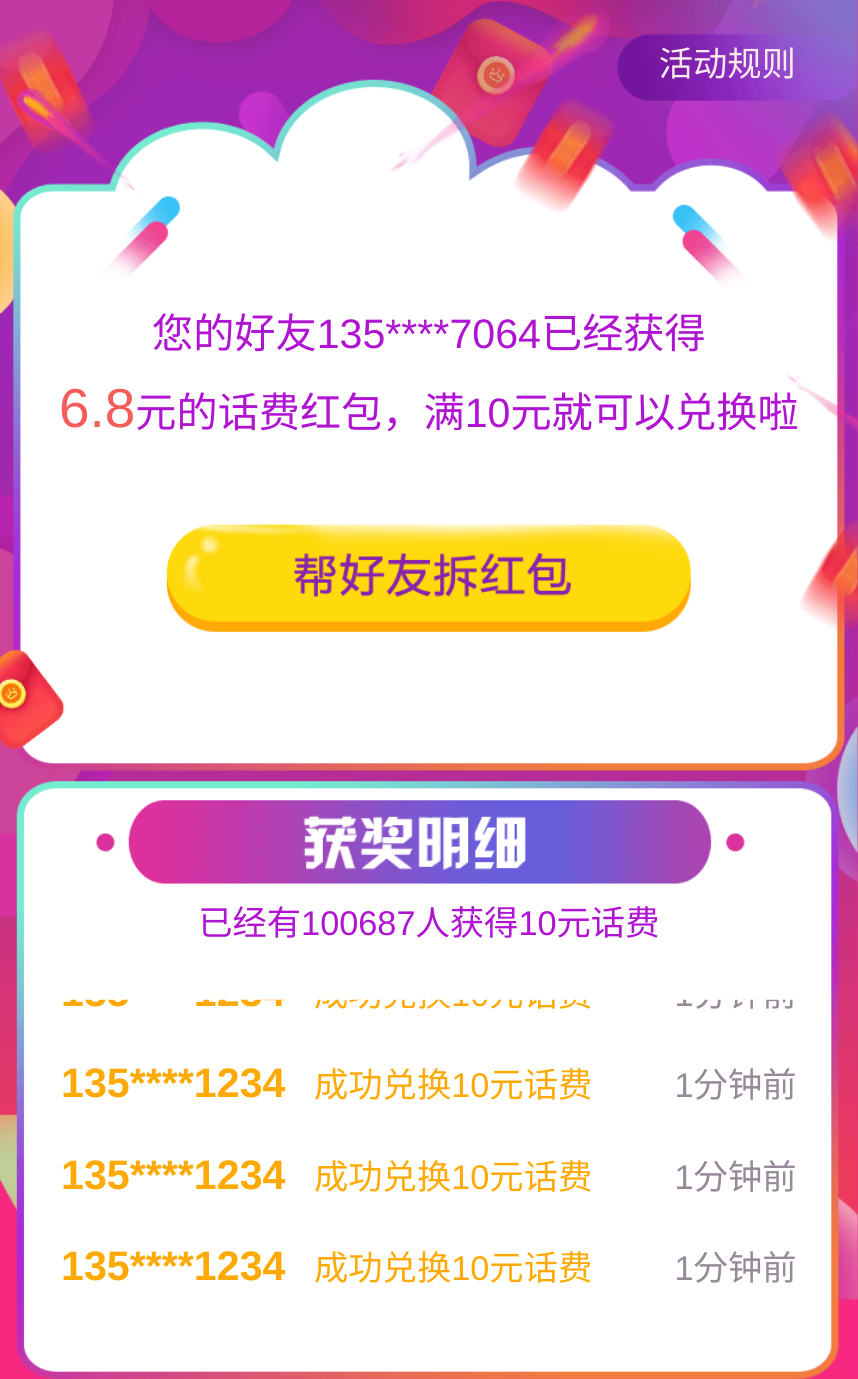
Repository: wangbiaozy/hb
Page: index_hjmx.html
These files come from the project's save history. The page is drawn as it stood at one moment and after the next save; the edit follows.
The browser window is 1280 px wide. The pictures show the whole page, at 67% of full size.

Above is the page before, as saved 2018-08-17 09:27:23.

### index_hjmx.html
<!DOCTYPE html>
<html lang="en">
<head>
    <meta charset="UTF-8">
    <meta name="viewport" content="width=device-width, initial-scale=1.0, maximum-scale=1.0, minimum-scale=1.0, user-scalable=no">
    <meta http-equiv="X-UA-Compatible" content="ie=edge">
    <title>Document</title>
    <link rel="stylesheet" href="css/reset.min.css">
    <link rel="stylesheet/less" href="css/styles_1.less">
    <script src="js/less-1.7.0.min.js"></script>
</head>
<body>
    <section class="main">
        <a id="rule_btn" href="javascript:void(0)">活动规则</a>
        <!-- 获奖明细页 -->
        <div class="detail">
            <p>您的好友<span>135****7064</span>已经获得<br><i>6.8</i>元的话费红包，满10元就可以兑换啦</p>
            <a href="javascript:void(0)"></a>
            <p>已经有<span>100687</span>人获得10元话费</p>
            <div class="activity" id="J_Activity">
                <ul>
                    <li>
                        <h3>135****1234</h3>
                        <p>成功兑换10元话费</p>
                        <span>1分钟前</span>
                    </li>
                    <li>
                        <h3>135****1234</h3>
                        <p>成功兑换10元话费</p>
                        <span>1分钟前</span>
                    </li>
                    <li>
                        <h3>135****1234</h3>
                        <p>成功兑换10元话费</p>
                        <span>1分钟前</span>
                    </li>
                    <li>
                        <h3>135****1234</h3>
                        <p>成功兑换10元话费</p>
                        <span>1分钟前</span>
                    </li>
                </ul>
            </div>
        </div>
    </section>

    <!-- 活动规则弹窗 -->
    <section class="rule">
        <a href="javascript:void(0)"></a>
        <ul>
            <li>1.活动期间，用户通过10086App开屏页，首页轮播图进入活动，领取10元的话费红包。自己可拆开随机金，剩余金额需分享并邀请好友帮忙拆开，每位可帮忙拆开随机金额，全部拆完即可兑换话费。</li>
            <li>2.邀请拆  红包的好友需为新注册10086App的用户，好友在活动页面输入邀请人的邀请码才能成功帮好友拆开红包，好友帮助拆开红包后同时可获得一个话费红包。</li>
            <li>3.用户需在当前红包全部拆完后，才可开启下一个红包。</li>
            <li>4.活动期间一经发现违规等恶意操作等作弊行为将取消获奖资格。</li>
            <li>5.活动期间，用户需持续下载并的登陆110086App，否则话费奖品无法发放。</li>
        </ul>
        <a href="javascript:void(0)"></a>
    </section>
    <!-- 遮罩层 -->
    <section class="mask" id="mask"></section>
</body>
</html>
<script src="js/jquery-1.10.1.min.js"></script>
<script src="js/index.js"></script>

### css/reset.min.css
@charset "utf-8";
/*默认样式清除和初始化*/
body,h1,h2,h3,h4,h5,h6,hr,p,blockquote,dl,dt,dd,ul,ol,li,button,input,textarea,th,td{margin:0;padding:0}body{font-size:12px;font-style:normal;font-family:"\5FAE\8F6F\96C5\9ED1",Helvetica,sans-serif}small{font-size:12px}h1{font-size:18px}h2{font-size:16px}h3{font-size:14px}h4,h5,h6{font-size:100%}ul,ol{list-style:none}a{text-decoration:none;background-color:transparent}a:hover,a:active{outline-width:0;text-decoration:none}table{border-collapse:collapse;border-spacing:0}hr{border:0;height:1px}img{border-style:none}img:not([src]){display:none}svg:not(:root){overflow:hidden}html{-webkit-touch-callout:none;-webkit-text-size-adjust:100%}input,textarea,button,a{-webkit-tap-highlight-color:rgba(0,0,0,0)}article,aside,details,figcaption,figure,footer,header,main,menu,nav,section,summary{display:block}audio,canvas,progress,video{display:inline-block}audio:not([controls]),video:not([controls]){display:none;height:0}progress{vertical-align:baseline}mark{background-color:#ff0;color:#000}sub,sup{position:relative;font-size:75%;line-height:0;vertical-align:baseline}sub{bottom:-0.25em}sup{top:-0.5em}button,input,select,textarea{font-size:100%;outline:0}button,input{overflow:visible}button,select{text-transform:none}textarea{overflow:auto}button,html [type="button"],[type="reset"],[type="submit"]{-webkit-appearance:button}button::-moz-focus-inner,[type="button"]::-moz-focus-inner,[type="reset"]::-moz-focus-inner,[type="submit"]::-moz-focus-inner{border-style:none;padding:0}button:-moz-focusring,[type="button"]:-moz-focusring,[type="reset"]:-moz-focusring,[type="submit"]:-moz-focusring{outline:1px dotted ButtonText}[type="checkbox"],[type="radio"]{box-sizing:border-box;padding:0}[type="number"]::-webkit-inner-spin-button,[type="number"]::-webkit-outer-spin-button{height:auto}[type="search"]{-webkit-appearance:textfield;outline-offset:-2px}[type="search"]::-webkit-search-cancel-button,[type="search"]::-webkit-search-decoration{-webkit-appearance:none}::-webkit-input-placeholder{color:inherit;opacity:.54}::-webkit-file-upload-button{-webkit-appearance:button;font:inherit}.clear:after{display:block;height:0;content:"";clear:both}
*{ -webkit-tap-highlight-color: rgba(0,0,0,0);-webkit-tap-highlight-color: transparent; /* For some Androids */ }

### js/index.js
(function (doc, win) {
    var docEl = doc.documentElement,
        resizeEvt = 'orientationchange' in window ? 'orientationchange' : 'resize',
        recalc = function () {
            var clientWidth = docEl.clientWidth;
            if (!clientWidth) return;
            docEl.style.fontSize = 100 * (clientWidth / 750) + 'px';
        };
    if (!doc.addEventListener) return;
    win.addEventListener(resizeEvt, recalc, false);
    doc.addEventListener('DOMContentLoaded', recalc, false);
})(document, window);
$(function () {

    //显示非中奖页背景
    function showFirstPageBg(){
        $('.main').removeClass('result');
    }
    //显示中奖页背景
    function showResultPageBg(){
        $('.main').addClass('result');
    }
    //显示活动规则弹窗
    $('#rule_btn').on('click',function(){
        $('.rule').show();
        showMask();
    });
    //关闭活动规则弹窗
    function hideRuleModel(){
        $('.rule').hide();
        hideMask();
    }
    $('.rule').on('click','a',function(){
        hideRuleModel();
    });
    //首页赚钱攻略按钮
    $('#gl_btn').on('click',function(){
        $('.gl').show();
        showMask();
    })
    //首页抽红包按钮
    $('#cj').on('click',function(){
        //奖品金额随机数
        var num = (Math.random()*9+1).toFixed(2);
        $('#moneyText').text(num);
        $('.result').show();
        $('.f_page').hide();
        showResultPageBg();
    });

    //获奖页获奖名单滚动
    var listPanel = $('#J_Activity ul');
    var z = 0;
    function up() {
        listPanel.animate({
            'top': (z - .8) + 'rem'
        }, 1500, 'linear', function () {
            listPanel.css({'top': '0px'}).find("li:first").appendTo(listPanel);
            up();
        });
    }
    up();

    //显示弹窗
    function showModel(){
        $('.model').show();
        showMask();
    }

    //关闭弹窗
    $('.close').on('click',function(){
        $(this).parent().parent().hide();
        hideMask();
    });
    //显示遮罩层
    function showMask(){
        $("#mask").css("height",$(document).height());
        $("#mask").css("width",$(document).width());
        $("#mask").show();
        $('body').css('position','fixed');
    }
    //隐藏遮罩层
    function hideMask(){
        $("#mask").hide();
        $('body').css('position','unset');
    }
});

Loaded but not shown: js/less-1.7.0.min.js (library); js/jquery-1.10.1.min.js (library)

After the next save:
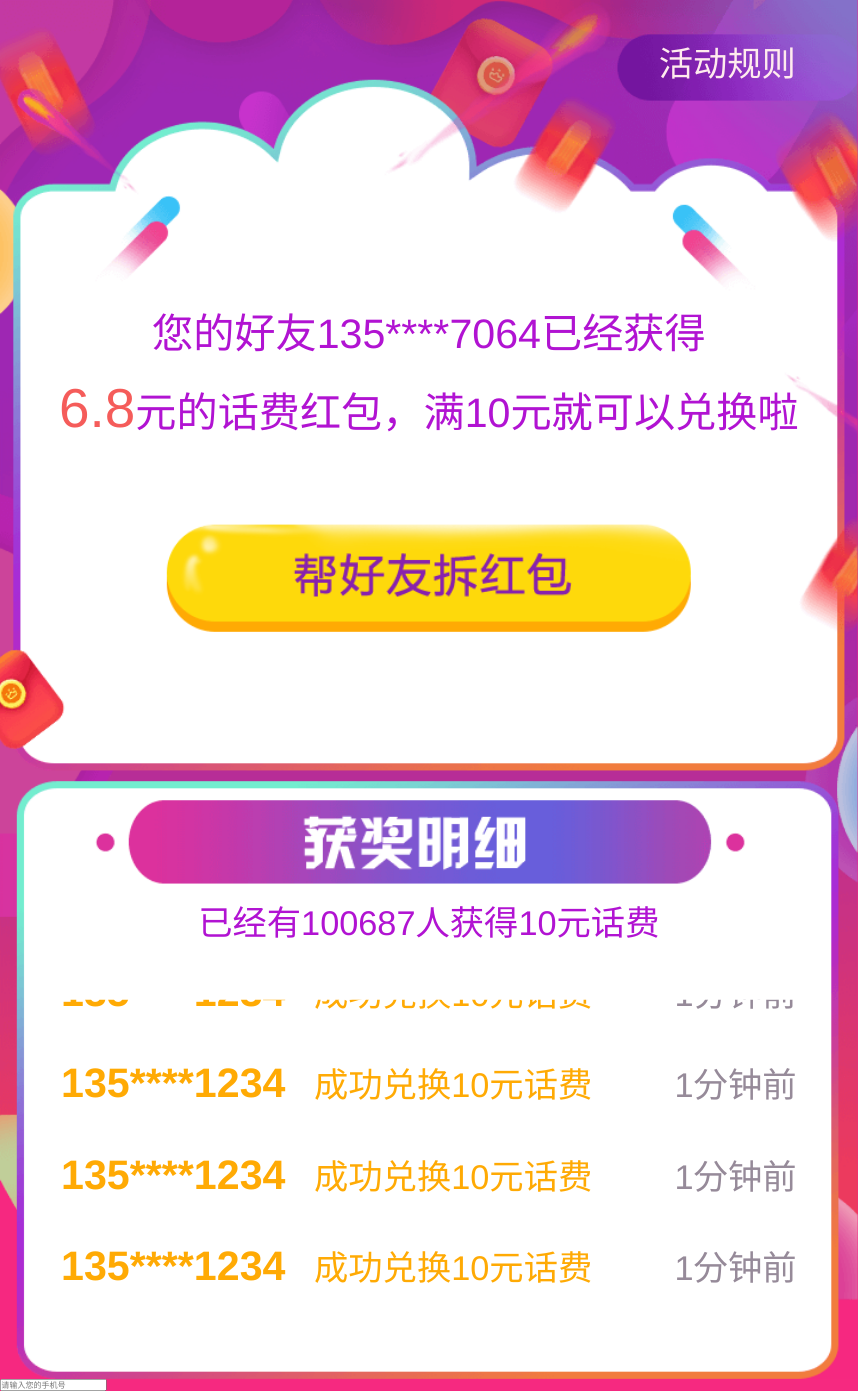
Saved 26 min 31 s later.
--- a/index_hjmx.html
+++ b/index_hjmx.html
@@ -43,7 +43,13 @@
             </div>
         </div>
     </section>
-
+    <!-- 登录弹窗 -->
+    <section class="login">
+        <div>
+            <span></span>
+            <input type="text" placeholder="请输入您的手机号">
+        </div>
+    </section>
     <!-- 活动规则弹窗 -->
     <section class="rule">
         <a href="javascript:void(0)"></a>
